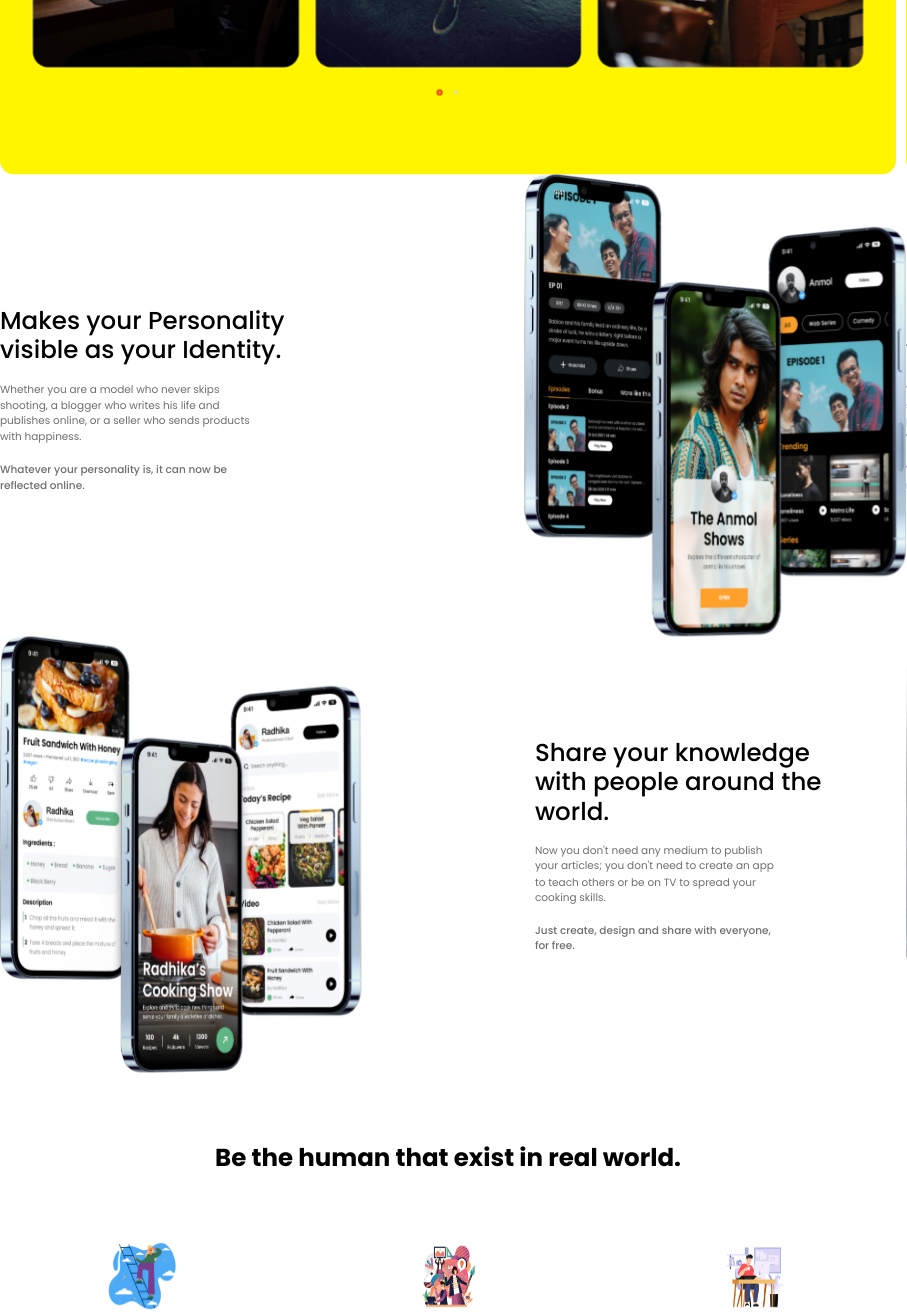
Repository: itsmesikandar/swavy.in.github.io
Page: index.html
An editor plug-in stored every save of this project. The page is shown before and after the next save, followed by the edit.
The browser window is 1280 px wide. The page is 1295 px wide, so the pictures cover 1295 px, including what lies to the right of the window. The pictures show the part of the page from y = 2020 to 3900 px (the page is 4935 px tall), at 70% of full size.

Above is the page before, as saved 2023-02-22 23:49:13.
Console error: TypeError: Cannot read properties of undefined (reading 'fn')

After the next save:
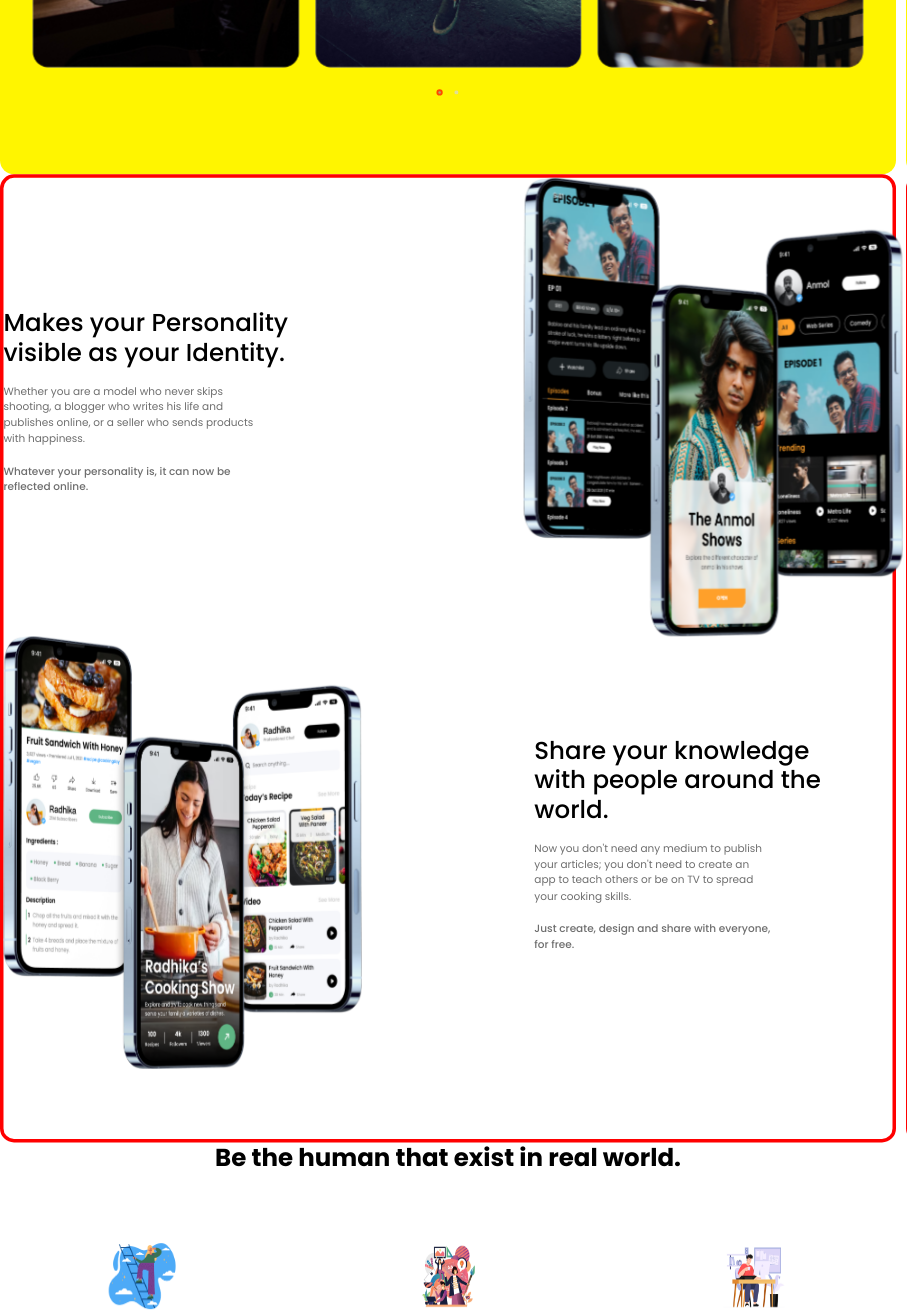
Saved 20 s later.
--- a/index.html
+++ b/index.html
@@ -132,7 +132,7 @@
           </section>
 
 
-      <section class="digital-marketing-service bf_color_third" id="digital-marketing-section">
+      <section class="digital-marketing-service bf_color_third border-to" id="digital-marketing-section">
         <div class="row align-items-center">
           <div class="col-12 col-lg-7 grid-margin grid-margin-lg-0 align-left" data-aos="fade-right">
             <h2 class="m-0 ">Makes your Personality<br>visible as your Identity.</h2>
